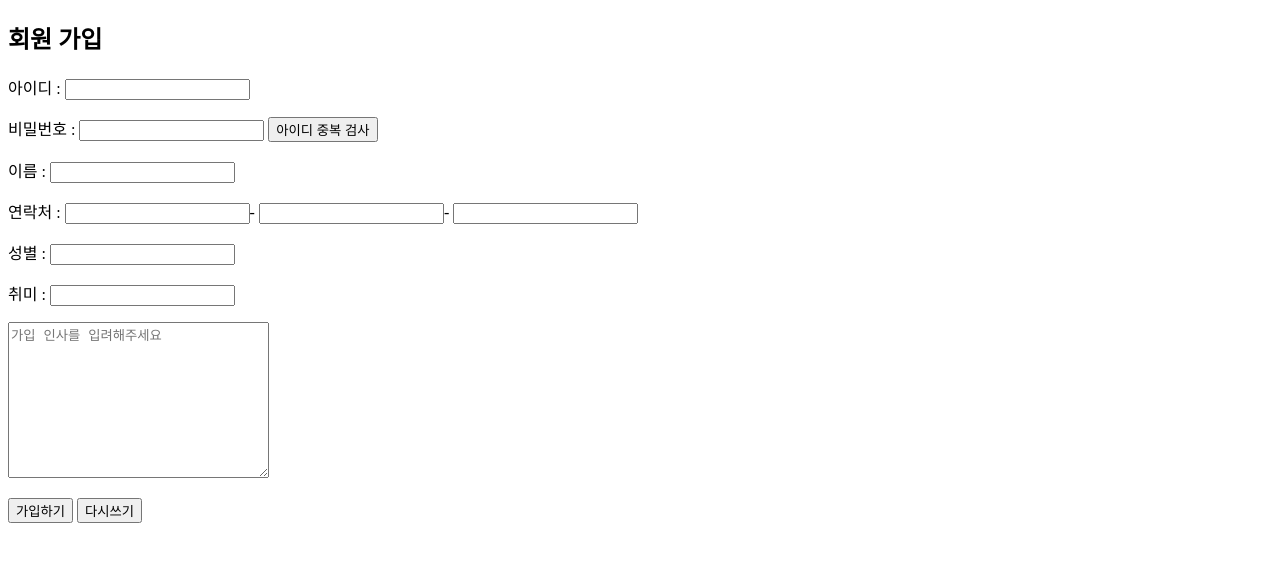
Repository: suinautant/learnCode
Page: http://localhost/JSPBook/ch05/test/register01.jsp
These files come from the project's save history. The page is drawn as it stood at one moment and after the next save; the edit follows.
The browser window is 1280 px wide. The pictures show the whole page.
The page is served by Tomcat 9.

Above is the page before, as saved 2021-07-01 05:30:22.

After the next save:
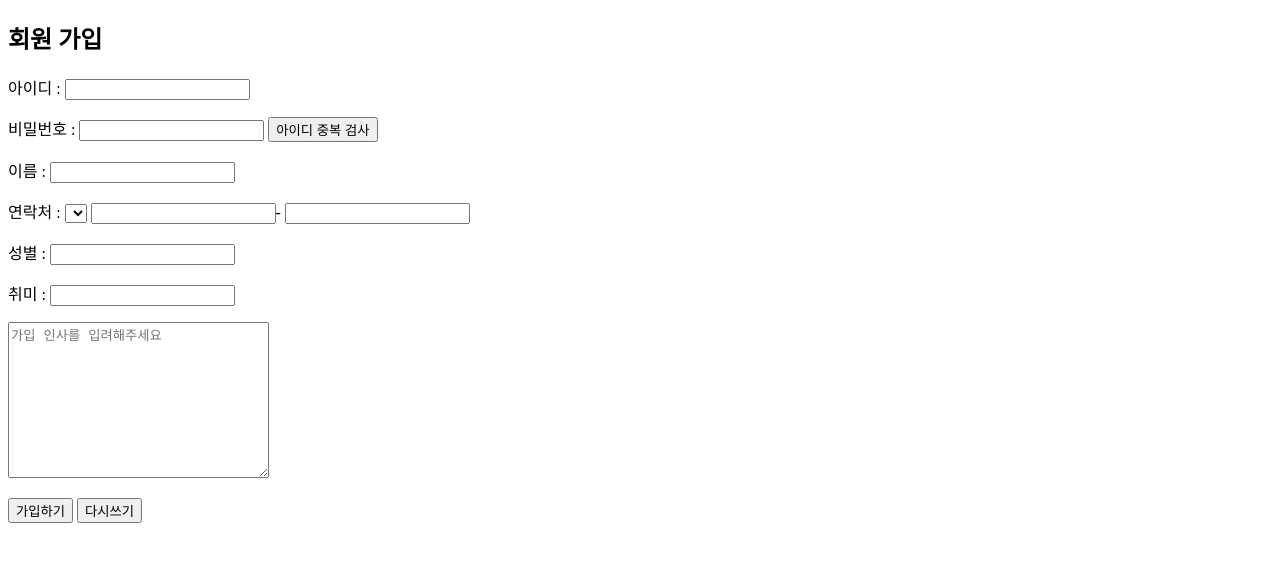
Saved 11 min 39 s later.
--- a/jsp/JSPBook/WebContent/ch05/test/register01.jsp
+++ b/jsp/JSPBook/WebContent/ch05/test/register01.jsp
@@ -16,7 +16,9 @@
 </p>
 <p>이름 : <input type="text" name="name" /></p>
 <p>
-연락처 : <input type="text" name="tel1" />-
+연락처 :
+<select name="tel1">
+</select>
 <input type="text" name="tel2" />-
 <input type="text" name="tel3" />
 </p>
